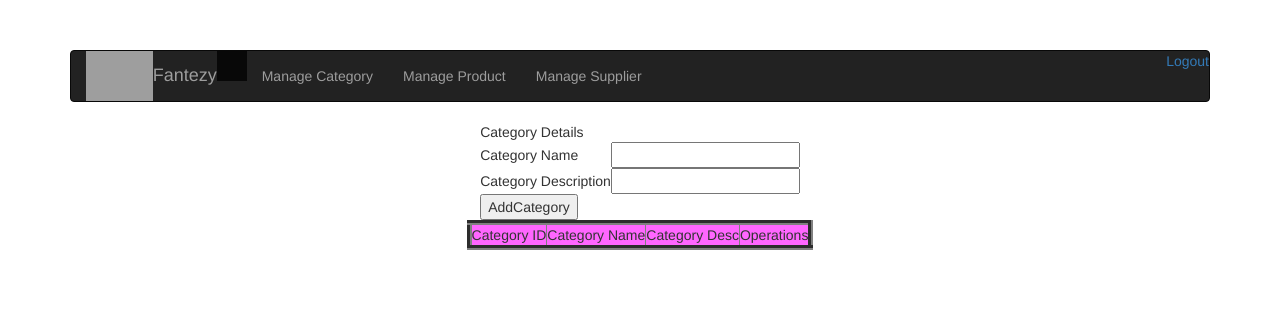
Repository: Safna93/eCommerce-project
Page: http://localhost/FantezyFrontendProject/WEB-INF/views/Category.jsp
The author's editor kept a copy of each file at every save. The page is drawn from the files as they stood at one save, then again after the next save.
The browser window is 1280 px wide. The pictures show the whole page.
Pictures or frames that could not be fetched are drawn as grey boxes. Some web libraries are served in a nearby version. The page is served by Tomcat 9. Nobody is signed in. The template is opened directly, without the code that normally fills it, so the values that code supplies are empty.

Above is the page before, as saved 2017-07-11 09:47:52.

After the next save:
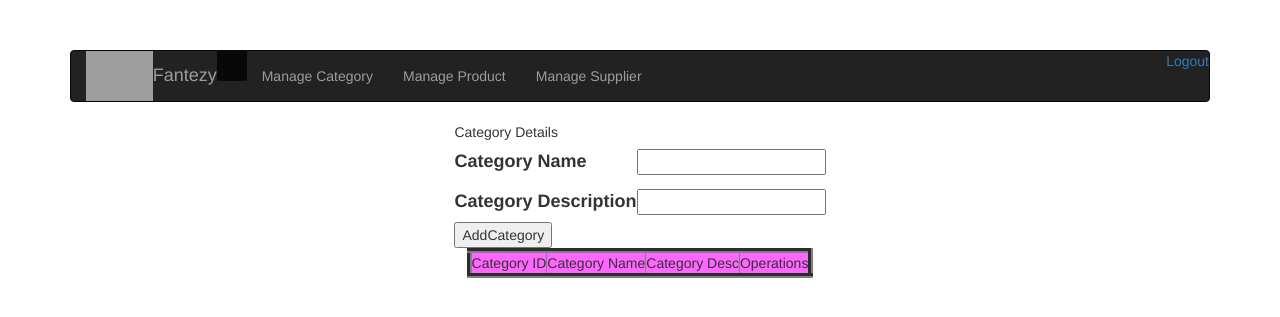
Saved 4 min 22 s later.
--- a/Fantezy Project/Fantezy/FantezyFrontendProject/src/main/webapp/WEB-INF/views/Category.jsp
+++ b/Fantezy Project/Fantezy/FantezyFrontendProject/src/main/webapp/WEB-INF/views/Category.jsp
@@ -20,7 +20,7 @@
 			</c:if>
 		</tr>
 		<tr>
-			<td>Category Name</td>
+			<td><h4><b>Category Name</b></h4></td>
 			<c:if test="${flag}">
 				<td><input type="text" name="catname" value="${category.catname}" /></td>
 			</c:if>
@@ -29,7 +29,7 @@
 			</c:if>
 		</tr>
 		<tr>
-			<td>Category Description</td>
+			<td><h4><b>Category Description</b></h4></td>
 			<c:if test="${flag}">
 				<td><input type="text" name="catdesc" value="${category.catdesc}" /></td>
 			</c:if>
